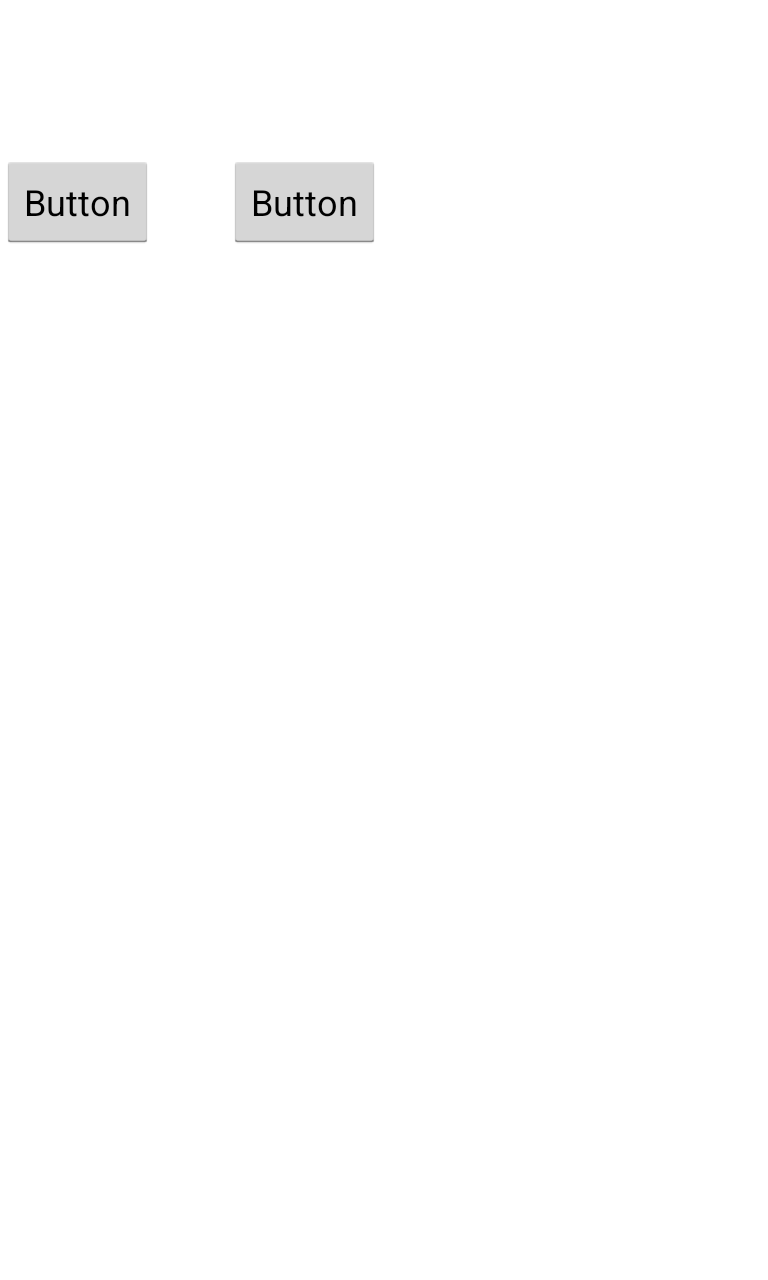
Repository: patilsnehal/AndroidBootCampProjects
Layout: FragmentPlay/res/layout/activity_home.xml
The author's editor kept a copy of each file at every save. The layout is drawn from the files as they stood at one save, then again after the next save.
It is drawn on a 768 x 1280 px phone screen (xhdpi) without system bars, with theme AppTheme; the app's code is not run.

Above is the layout before, as saved 2014-09-24 00:45:14.

### FragmentPlay/res/layout/activity_home.xml
<RelativeLayout xmlns:android="http://schemas.android.com/apk/res/android"
    xmlns:tools="http://schemas.android.com/tools"
    android:layout_width="match_parent"
    android:layout_height="match_parent"
    tools:context="${relativePackage}.${activityClass}" >


    <Button
        android:id="@+id/button1"
        android:layout_width="wrap_content"
        android:layout_height="wrap_content"
        android:layout_below="@+id/textView1"
        android:layout_marginTop="77dp"
        android:layout_toRightOf="@+id/textView1"
        android:text="Button" />

    <Button
        android:id="@+id/button2"
        android:layout_width="wrap_content"
        android:layout_height="wrap_content"
        android:layout_alignBaseline="@+id/button1"
        android:layout_alignBottom="@+id/button1"
        android:layout_marginLeft="36dp"
        android:layout_toRightOf="@+id/button1"
        android:text="Button" />

</RelativeLayout>

Loaded but not shown: FragmentPlay/res/values/styles.xml (common file); FragmentPlay/res/values-v11/styles.xml (common file); FragmentPlay/res/values-v14/styles.xml (common file)

After the next save:
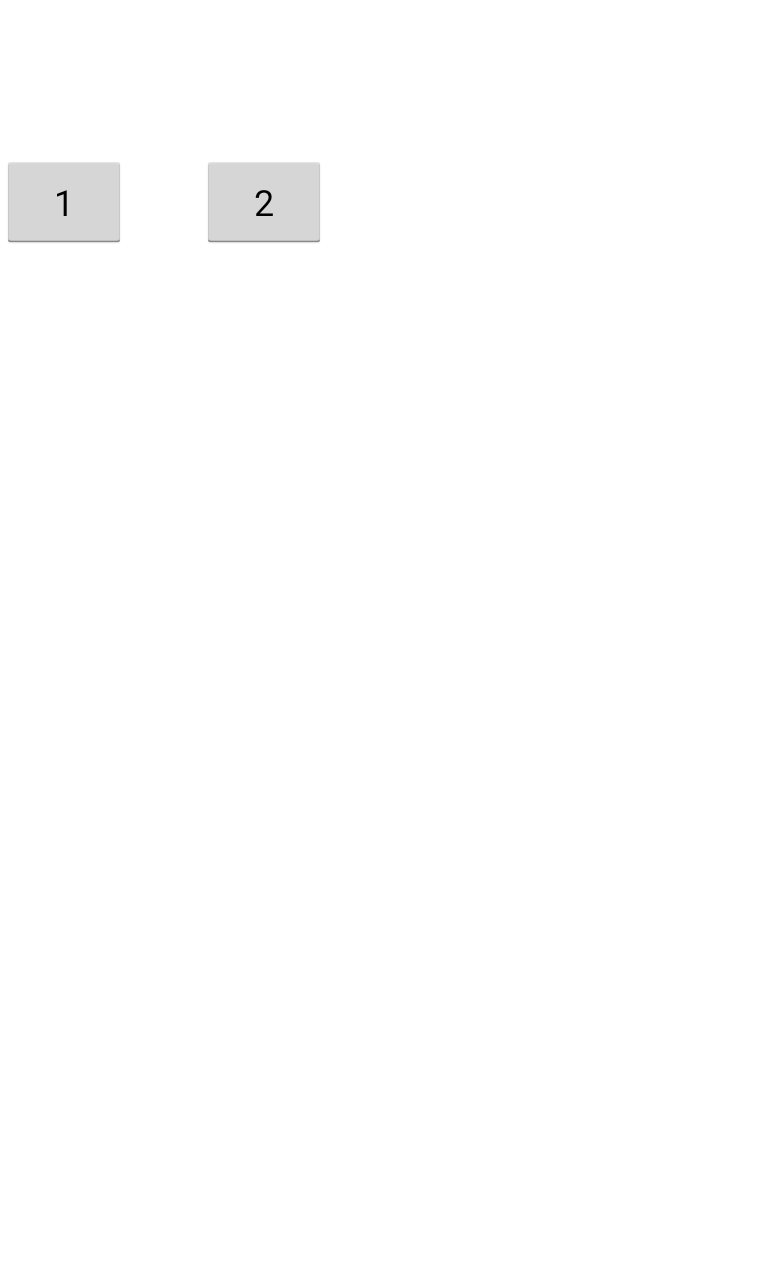
Saved 8 s later.
--- a/FragmentPlay/res/layout/activity_home.xml
+++ b/FragmentPlay/res/layout/activity_home.xml
@@ -12,7 +12,7 @@
         android:layout_below="@+id/textView1"
         android:layout_marginTop="77dp"
         android:layout_toRightOf="@+id/textView1"
-        android:text="Button" />
+        android:text="1" />
 
     <Button
         android:id="@+id/button2"
@@ -22,6 +22,6 @@
         android:layout_alignBottom="@+id/button1"
         android:layout_marginLeft="36dp"
         android:layout_toRightOf="@+id/button1"
-        android:text="Button" />
+        android:text="2" />
 
 </RelativeLayout>
